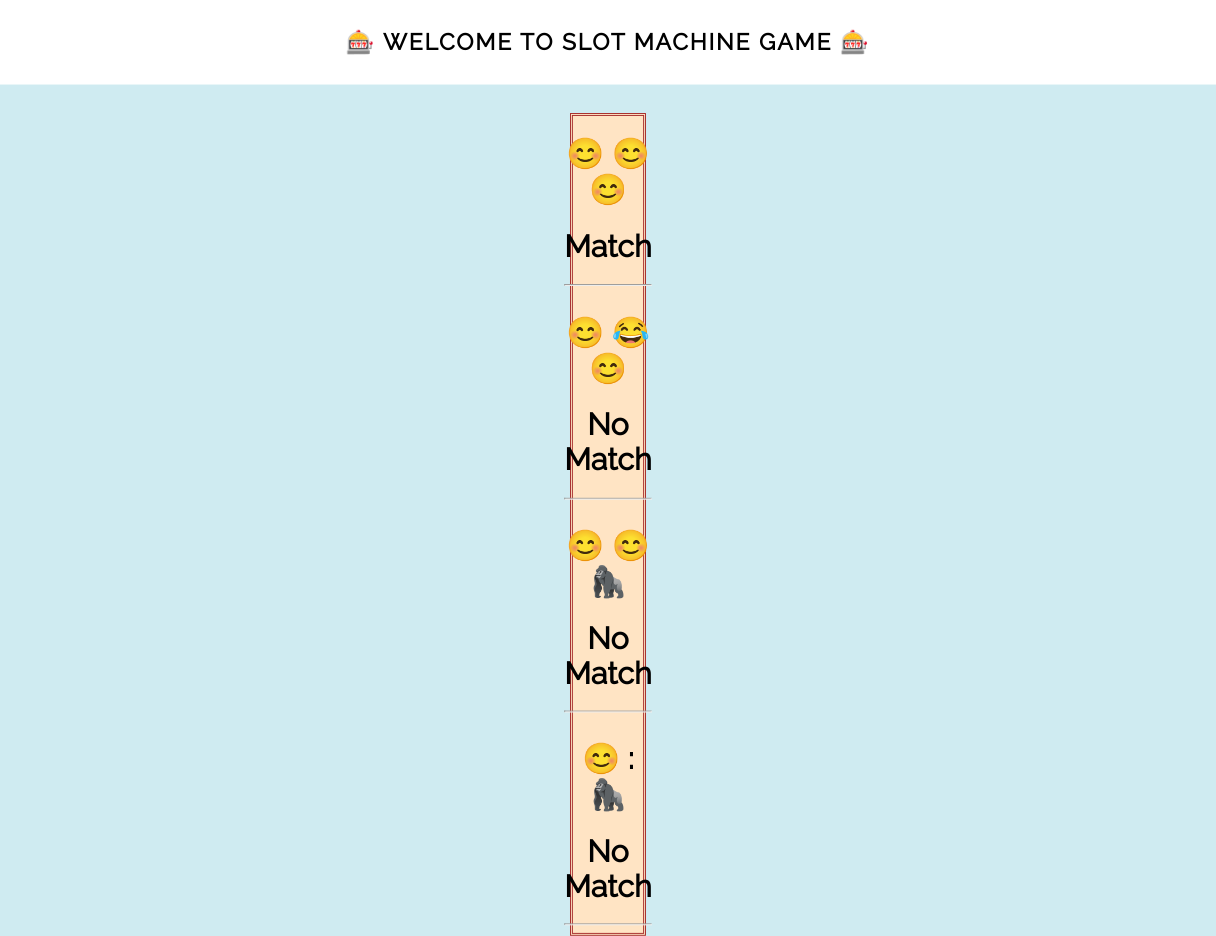
Repository: duggallakshya/slotMachineReact
Page: /
An editor plug-in stored every save of this project. The page is shown before and after a run of saves, followed by the edit.
The browser window is 1280 px wide. The pictures show the whole page, at 95% of full size.
The project was rebuilt for these pictures with package versions that can differ from the ones it lists, and the page was loaded fresh each time.

Above is the page before, as saved 2022-03-23 18:43:02.

After the next 2 saves:
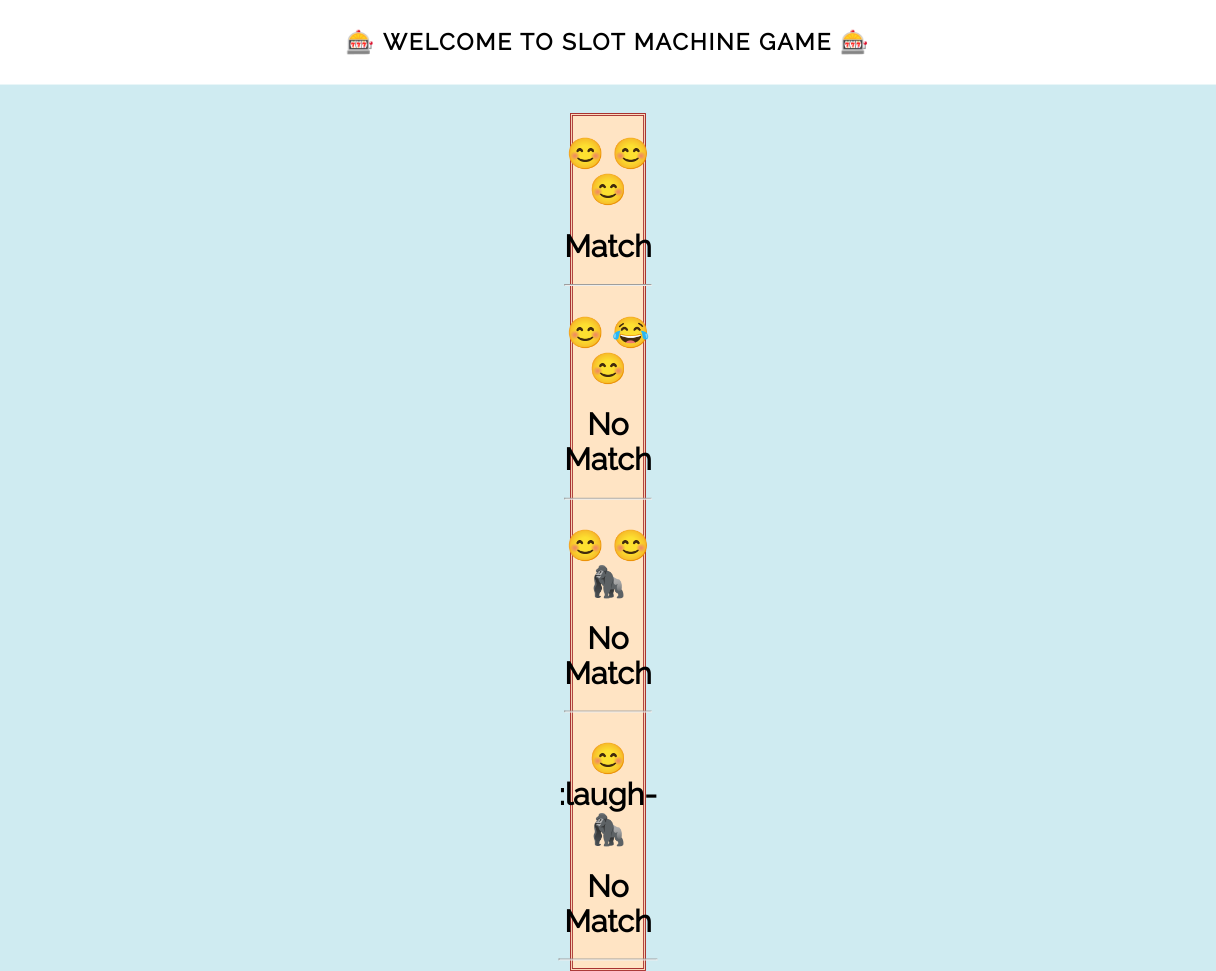
The 2 saves are shown as one change because they came seconds apart.
The last was saved 7 s later.
--- a/src/App.jsx
+++ b/src/App.jsx
@@ -9,7 +9,7 @@ const App = () => {
                 <SlotMachine x ='😊' y ='😊' z ='😊'/>
                 <SlotMachine x ='😊' y ='😂' z ='😊'/>
                 <SlotMachine x ='😊' y ='😊' z ='🦍'/>
-                <SlotMachine x ='😊' y =':' z ='🦍'/>
+                <SlotMachine x ='😊' y =':laugh-' z ='🦍'/>
             </div>
         </>
     )
